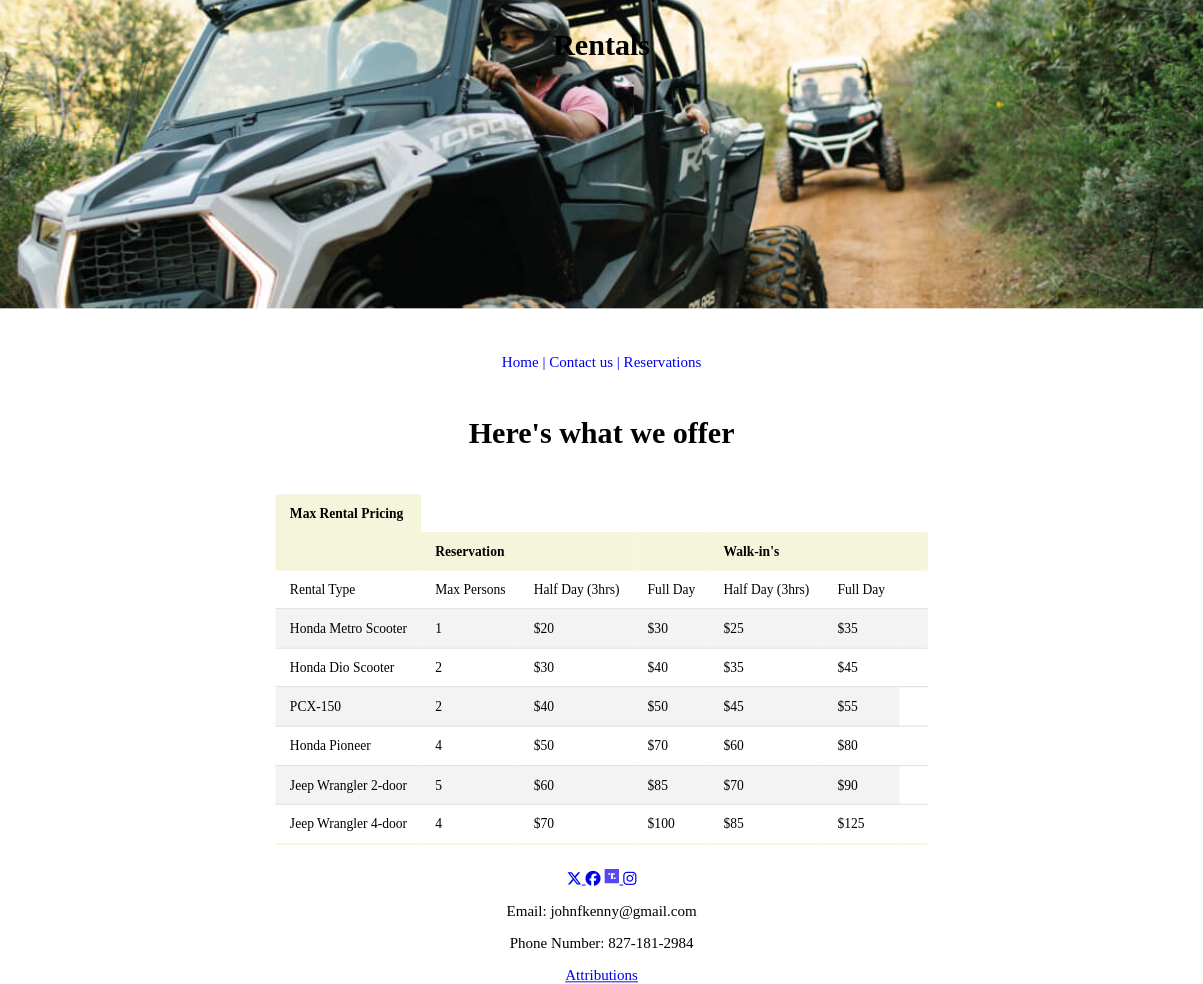
Repository: nak97/WDD230
Page: scoots/rentals-page/rentals-page.html
An editor plug-in stored every save of this project. The page is shown before and after the next save, followed by the edit.
The browser window is 1280 px wide. The pictures show the whole page, at 94% of full size.
Some web libraries are served in a nearby version.

Above is the page before, as saved 2023-12-11 17:42:26.

### scoots/rentals-page/rentals-page.html
<!DOCTYPE html>
<html lang="en">
<head>
  <meta charset="UTF-8">
  <meta name="viewport" content="width=device-width, initial-scale=1.0">
  <title>Nick Keen - WDD 230 - Web Frontend Development</title>
  <meta name="description" content="WDD 230 - Nicholas Keen  - Web Frontend Final Project">
  <meta name="author" content="Nicholas Keen">
  <meta property="og:title" content="facebook"/>
  <meta property="og:type" content="website" />
  <meta property="og:url" content="facebook.com" />
  <meta property="og:image" content="images/facebook-meta-tag-pic.png" />
  <link rel="stylesheet" href="styles/base.css">
  <link rel="stylesheet" href="styles/media.css">
  <link rel="stylesheet" href="styles/normalize.css">
</head>
<body>

  <header>
<h1>Rentals</h1>
  </header>

  <nav>
<a href="../home-page/home.html">Home |</a>
<a href="../contact/contact.html">Contact us |</a>
<a href="../reservations/reservations.html">Reservations</a>
  </nav>

  <main>
    <h1> Here's what we offer</h1>
    <section class="flex-container">
    <table class="content-table">
      <thead>
        <tr>
          <td>  Max Rental Pricing</td></tr>
          <td></td>
          <td colspan="2"> Reservation</td>
          <td></td>
          <td colspan="3">Walk-in's</td>
      </tr>
      </thead>
      <tbody>
        <tr>
          <td>Rental Type</td>
          <td>Max Persons</td>
          <td>Half Day (3hrs)</td>
          <td>Full Day</td>
          <td>Half Day (3hrs)</td>
          <td>Full Day</td>
      </tr>
        <tr>
        <td>Honda Metro Scooter</td>
        <td>1</td>
        <td><span id="price-half-metro"></span></td>
        <td><span id="price-f-metro"></span></td>
        <td><span id="price-h-w"> </span></td>
        <td id="price-f-w"> </td>
        <td></td>
      </tr>
        <tr>
          <td>Honda Dio Scooter</td>
          <td>2</td>
          <td> <span id="dio-h-r"></span></td>
          <td> <span id="dio-f-r"></span></td>
          <td> <span id="dio-h-w"></span></td>
          <td> <span id="dio-f-w"></span></td>
          <td></td>
        </tr>
        <tr>
          <td>PCX-150</td>
          <td>2</td>
          <td> <span id="pcx-h-r"></span></td>
          <td> <span id="pcx-f-r"></span></td>
          <td> <span id="pcx-h-w"></span></td>
          <td> <span id="pcx-f-w"></span></td>
        </tr>
        <tr>
          <td>Honda Pioneer</td>
          <td>4</td>
          <td> <span id="pioneer-h-r"></span></td>
          <td> <span id="pioneer-f-r"></span></td>
          <td> <span id="pioneer-h-w"></span></td>
          <td> <span id="pioneer-f-w"></span></td>
        </tr>
        <tr>
          <td>Jeep Wrangler 2-door</td>
          <td>5</td>
          <td> <span id="jeep-two-h-r"></span></td>
          <td> <span id="jeep-two-f-r"></span></td>
          <td> <span id="jeep-two-h-w"></span></td>
          <td> <span id="jeep-two-f-w"></span></td>
        </tr>
        <tr>
        <td>Jeep Wrangler 4-door</td>
        <td>4</td>
        <td> <span id="jeep-four-h-r"></span></td>
        <td> <span id="jeep-four-f-r"></span></td>
        <td> <span id="jeep-four-h-w"></span></td>
        <td> <span id="jeep-four-f-w"></span></td>
        </tr>






      </tbody>





    </table>



  </section>


















  </main>





<footer>

  <a href="https://twitter.com/" target="_blank" > <i class="fa-brands fa-x-twitter"></i> </a>
  <a href="https://www.facebook.com" target="_blank"><i class="fa-brands fa-facebook"></i></a>
  <a href="https://truthsocial.com/" target="_blank"> <img class="truth-social-icon" src="images/truth-social.svg" alt="truth social"> </a>
  <a href="https://www.instagram.com/" target="_blank"><i class="fa-brands fa-instagram"></i></a>

<section class="info">
<p>Email: johnfkenny@gmail.com</p>
<p>Phone Number: 827-181-2984</p>
<a href="attributions.html" target="_blank">Attributions</a>
</section>


</footer>



<script src="./scripts/pricing.js"></script>
<script src="https://kit.fontawesome.com/615002bc5f.js" crossorigin="anonymous"></script>
</body>


</html>

### scoots/rentals-page/styles/base.css
header {
  background-image: url(../images/OHV-SEO-1152x768.jpg);
  background-repeat: no-repeat;
  height: 20rem;
  background-position: 10% 67%;
  background-size: cover;
  margin-top: 0 ;
  padding-top: 0.5rem;
}


nav {
  text-align: center;
  margin-top: 3rem;
  margin-bottom: 3rem;
}

nav a {
  text-decoration: none;
}

h1 {
  text-align: center;
}
.content-table {
  border-collapse: collapse;
  margin: 25px 0;
  font-size: 0.9em;
  min-width: 400px;
}

.content-table thead tr {
  background-color: beige;
  color: black;
  text-align: left;
  font-weight: bold;
}

.content-table th {

}

.flex-container {
  display: flex;
  justify-content: center;
}


.content-table td{
  padding:12px 15px;
}

.content-table tbody tr {
  border-bottom: 1px solid #dddddd;

}

.content-table tbody tr:nth-of-type(even){
  background-color: #f3f3f3;
}

.content-table tbody tr:last-of-type {
border-bottom:2px solid beige;
}



footer {
  text-align: center;
}

.truth-social-icon {
  height: 1rem;
}

### scoots/rentals-page/scripts/pricing.js
const url = './data/pricing.json'
async function getPrice() {
 const response = await fetch(url);
 const data = await response.json();
 console.log(data)

// metro scooter
 document.getElementById('price-half-metro').innerText = data.reservation[0].hd;
 document.getElementById('price-f-metro').innerText = data.reservation[0].fd ;
 document.getElementById('price-h-w').innerText = data.walk[0].hd;
 document.getElementById('price-f-w').innerText = data.walk[0].fd;

// dio scooter
 document.getElementById('dio-h-r').innerText = data.reservation[1].hd;
 document.getElementById('dio-f-r').innerText = data.reservation[1].fd;
 document.getElementById('dio-h-w').innerText = data.walk[1].hd;
 document.getElementById('dio-f-w').innerText = data.walk[1].fd;

//  pxc150
document.getElementById('pcx-h-r').innerText = data.reservation[2].hd;
document.getElementById('pcx-f-r').innerText = data.reservation[2].fd;
document.getElementById('pcx-h-w').innerText = data.walk[2].hd;
document.getElementById('pcx-f-w').innerText = data.walk[2].fd;

// pioneer
document.getElementById('pioneer-h-r').innerText = data.reservation[3].hd;
document.getElementById('pioneer-f-r').innerText = data.reservation[3].fd;
document.getElementById('pioneer-h-w').innerText = data.walk[3].hd;
document.getElementById('pioneer-f-w').innerText = data.walk[3].fd;

// jeep 2-door
document.getElementById('jeep-two-h-r').innerText = data.reservation[5].hd;
document.getElementById('jeep-two-f-r').innerText = data.reservation[5].fd;
document.getElementById('jeep-two-h-w').innerText = data.walk[5].hd;
document.getElementById('jeep-two-f-w').innerText = data.walk[5].fd;

// jeep 4-door
document.getElementById('jeep-four-h-r').innerText = data.reservation[4].hd;
document.getElementById('jeep-four-f-r').innerText = data.reservation[4].fd;
document.getElementById('jeep-four-h-w').innerText = data.walk[4].hd;
document.getElementById('jeep-four-f-w').innerText = data.walk[4].fd;
}
getPrice();

### scoots/rentals-page/data/pricing.json
{
  "reservation":[
      {
        "type": "Honda Metro Scooter ",
        "hd": "$20",
        "fd": "$30"
      },

      {
        "type": " Honda Dio Scooter",
        "hd": "$30 ",
        "fd": "$40 "
      },

      {
        "type": " Honda CX150 Scooter",
        "hd": "$40 ",
        "fd": "$50 "
      },


      {
        "type": " Honda Pioneer",
        "hd": "$50 ",
        "fd": "$70 "
      },

      {
        "type": " Jeep Wrangler - 4 door with a/c",
        "hd": "$70 ",
        "fd": "$100 "
      },

      {
        "type": " Jeep Wrangler - 2 door ",
        "hd": "$60 ",
        "fd": "$85 "
      }
  ],

  "walk":[
{
  "type": "Honda Metro Scooter ",
  "hd": "$25",
  "fd": "$35"
},

{
  "type": " Honda Dio Scooter",
  "hd": "$35 ",
  "fd": "$45 "
},

{
  "type": " Honda CX150 Scooter",
  "hd": "$45 ",
  "fd": "$55 "
},

{
  "type": " Honda Pioneer",
  "hd": "$60 ",
  "fd": "$80 "
},

{
  "type": " Jeep Wrangler - 4 door with a/c",
  "hd": "$85 ",
  "fd": "$125 "
},

{
  "type": " Jeep Wrangler - 2 door ",
  "hd": "$70 ",
  "fd": "$90 "
}

  ]
}

Loaded but not shown: scoots/rentals-page/styles/normalize.css (library); scoots/rentals-page/styles/media.css (no stored copy; drawn as an empty file)

After the next save:
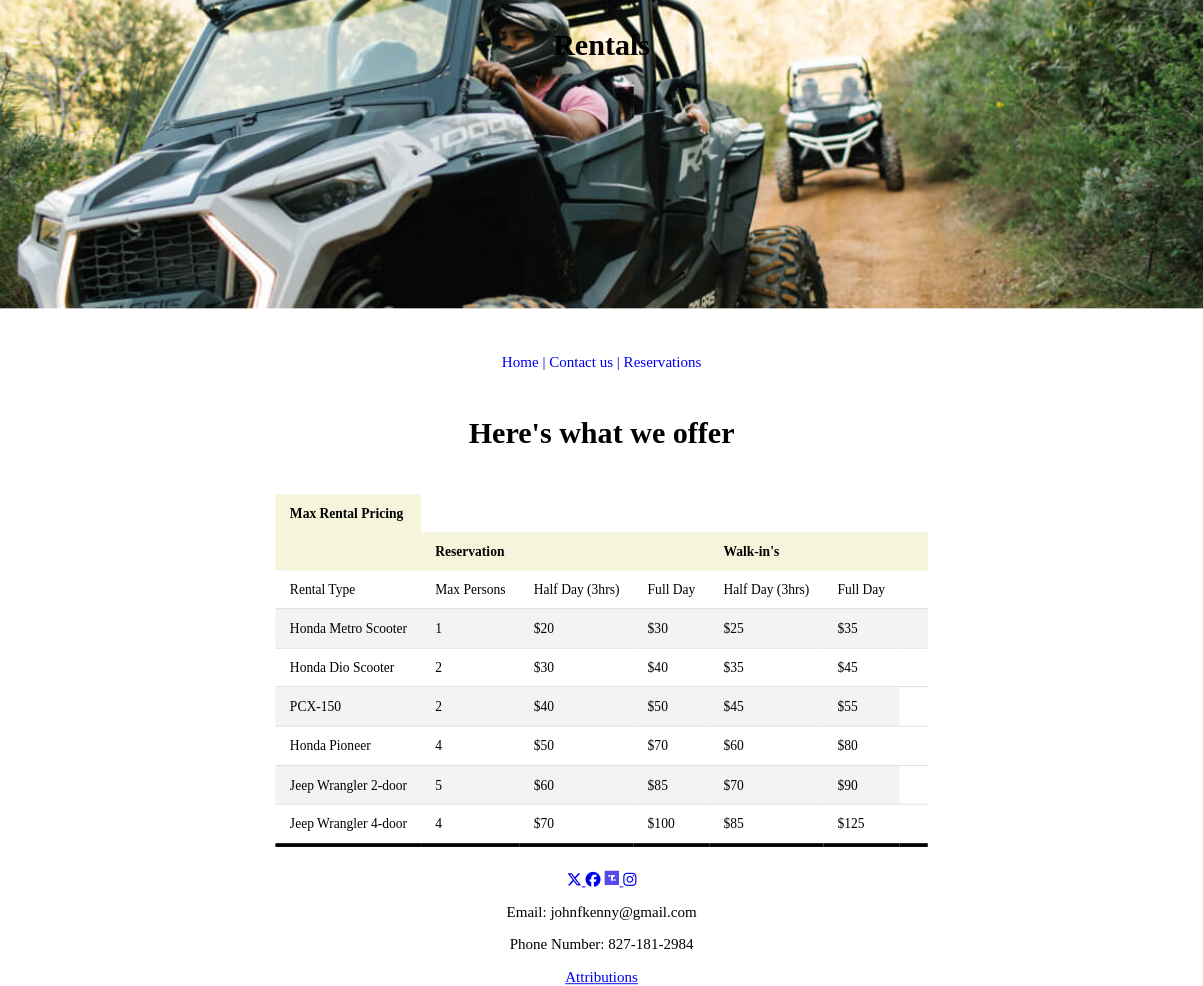
Saved 24 s later.
--- a/scoots/rentals-page/styles/base.css
+++ b/scoots/rentals-page/styles/base.css
@@ -60,7 +60,7 @@ h1 {
 }
 
 .content-table tbody tr:last-of-type {
-border-bottom:2px solid beige;
+border-bottom:4px solid black;
 }
 
 
